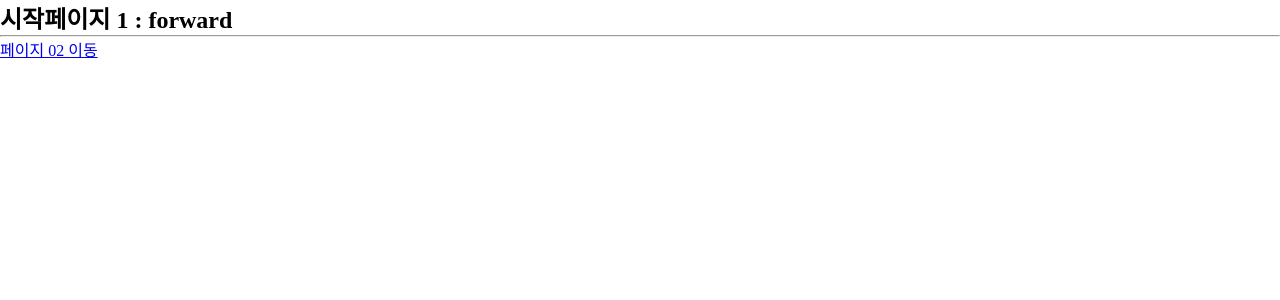
Repository: hyunh84/jsp_study
Page: http://localhost/Day03/j04_forward02.jsp
These files come from the project's save history. The page is drawn as it stood at one moment and after the next save; the edit follows.
The browser window is 1280 px wide. The pictures show the whole page.
The page is served by Tomcat 9.

Above is the page before, as saved 2015-09-12 02:04:02.

After the next save:
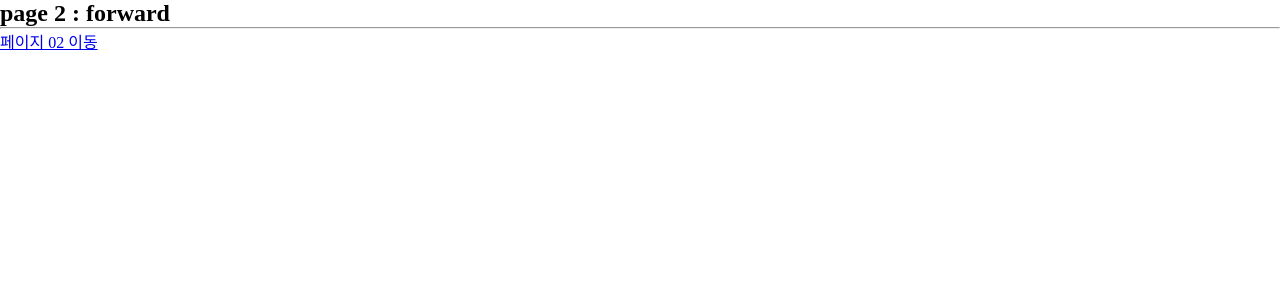
Saved 34 s later.
--- a/MyWorks/Day03/WebContent/j04_forward02.jsp
+++ b/MyWorks/Day03/WebContent/j04_forward02.jsp
@@ -17,7 +17,7 @@
 </head>
 <body>
 
-	<h2>시작페이지 1 : forward</h2>
+	<h2>page 2 : forward</h2>
 	<hr>
 
 	<%--
